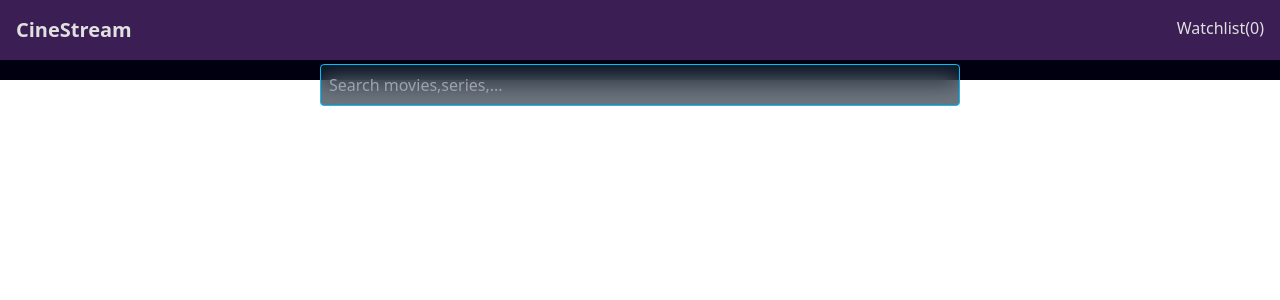
Repository: Reshmashameem31/Cine-Stream
Page: / (app in movie-project/)
The author's editor kept a copy of each file at every save. The page is drawn from the files as they stood at one save, then again after the next save.
The browser window is 1280 px wide. The pictures show the whole page.
The project was rebuilt for these pictures with package versions that can differ from the ones it lists, and the page was loaded fresh each time. Also part of the build but not shown: movie-project/vite.config.js, movie-project/src/pages/WatchList.jsx.

Above is the page before, as saved 2025-08-15 16:22:56.

### movie-project/src/App.jsx
import {BrowserRouter,Routes,Route} from 'react-router-dom'

import { useState } from 'react'
import Navbar from './pages/Navbar'
import Watchlist from './pages/WatchList'
import Home from './pages/Home'
function App() {
  const [count, setCount] = useState(0)

  return (
    <BrowserRouter>

    <Navbar/>
    <Routes>
      <Route path='/' element={<Home/>}></Route>
        <Route path='/watchlist' element={<Watchlist/>}></Route>
    </Routes>
    </BrowserRouter>
  )
}

export default App

### movie-project/src/pages/Navbar.jsx
import React from 'react'
import { Link } from 'react-router-dom'

const Navbar = () => {
  return (
    <nav className='p-4 bg-[#3B1E54] text-[#E0E0E0]  flex justify-between fixed w-full top-0'>
      <Link to="/" className='font-bold text-xl hover:text-[#00E5FF] '>CineStream</Link>
      <Link to="/watchlist" className='text-l hover:text-[#00E5FF]'>Watchlist(0)</Link>
    </nav>
  )
}

export default Navbar

### movie-project/src/pages/Home.jsx
import React from 'react'

const Home = () => {
  return (
    <div className='p-4 pt-16 bg-[#001F]'>
        <input type='text' placeholder='Search movies,series,...'
         className='p-2 w-3/4 md:w-1/2 border rounded border-[#00BFFF]
          bg-[#0D1B2A] bg-opacity-60 backdrop-blur-md text-white fixed  left-1/4  top-16' />
        <div className='movies-container'></div>
        <div className='pagination-container'></div>

    </div>
  )
}

export default Home

Loaded but not shown: movie-project/index.html (common file); movie-project/src/main.jsx (common file); movie-project/src/index.css (common file); movie-project/tailwind.config.js (common file)

After the next save:
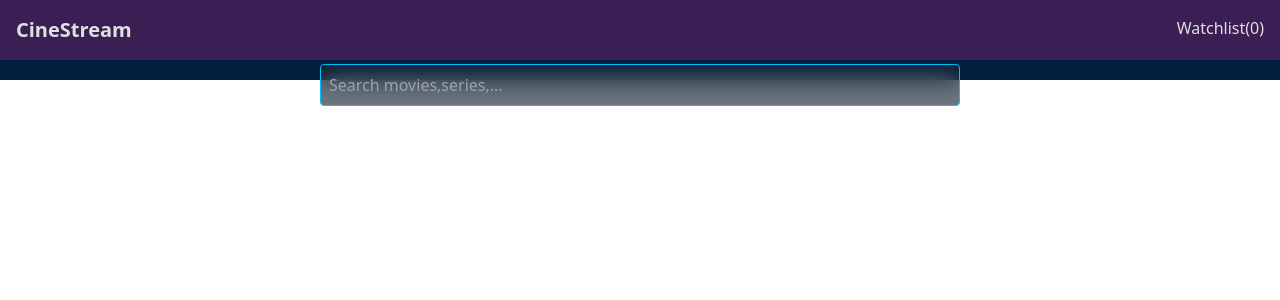
Saved 4 s later.
--- a/movie-project/src/pages/Home.jsx
+++ b/movie-project/src/pages/Home.jsx
@@ -2,7 +2,7 @@ import React from 'react'
 
 const Home = () => {
   return (
-    <div className='p-4 pt-16 bg-[#001F]'>
+    <div className='p-4 pt-16 bg-[#001F3F]'>
         <input type='text' placeholder='Search movies,series,...'
          className='p-2 w-3/4 md:w-1/2 border rounded border-[#00BFFF]
           bg-[#0D1B2A] bg-opacity-60 backdrop-blur-md text-white fixed  left-1/4  top-16' />
